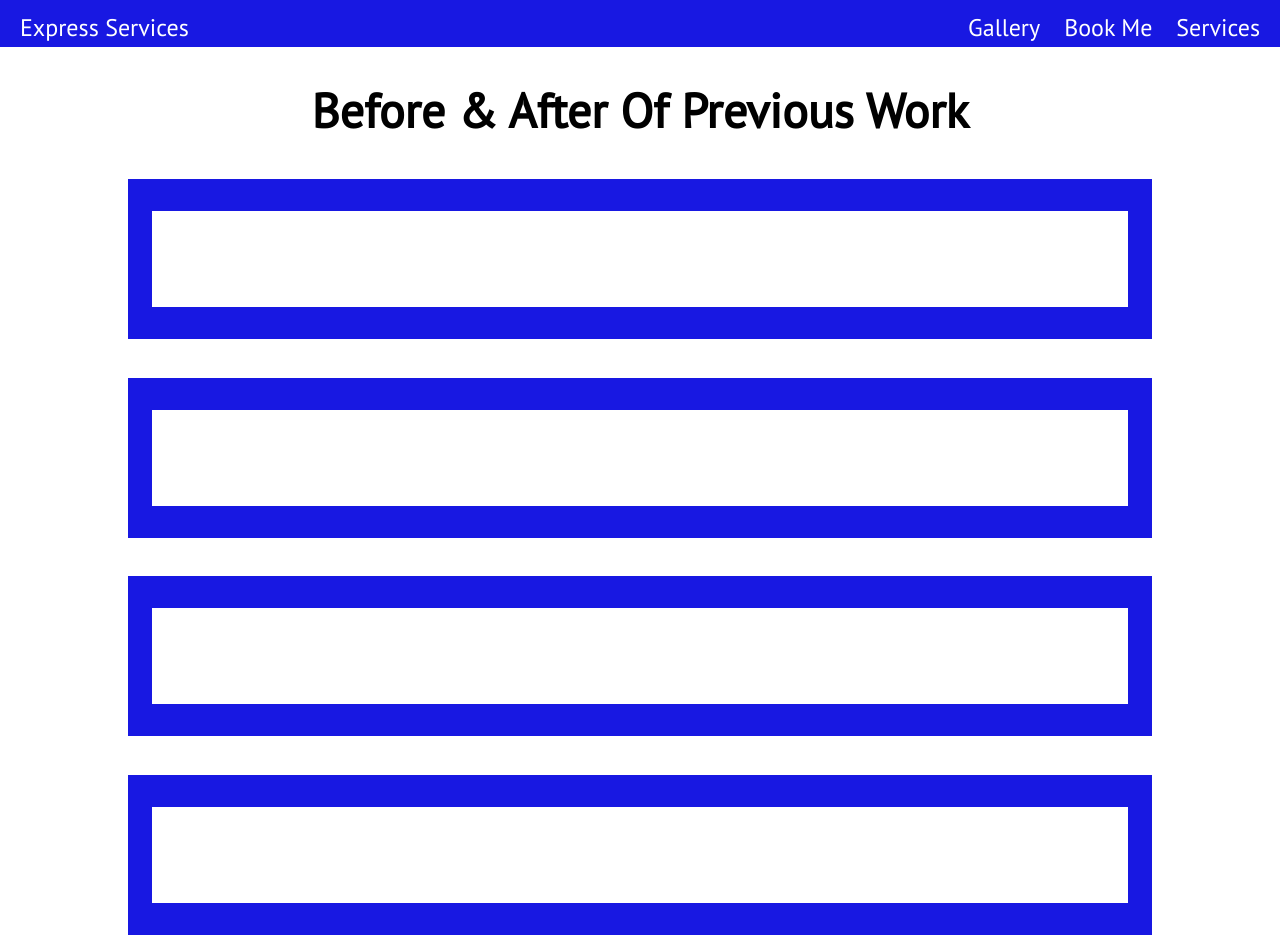
Repository: DrummerDee/mir-miami
Page: /Gallery (app in mr-miami/)
The author's editor kept a copy of each file at every save. The page is drawn from the files as they stood at one save, then again after the next save.
The browser window is 1280 px wide. The pictures show the whole page.
The project was rebuilt for these pictures with package versions that can differ from the ones it lists, and the page was loaded fresh each time. Also part of the build but not shown: mr-miami/src/Styles/Services.css, mr-miami/src/Components/Services.js, mr-miami/src/Components/Homepage.js, mr-miami/src/Styles/Calendar.css, mr-miami/src/Styles/Times.css, mr-miami/src/Components/Times.js, mr-miami/src/Components/Time.js, mr-miami/src/Components/BookMe.js.

Above is the page before, as saved 2022-09-08 21:53:19.

After the next save:
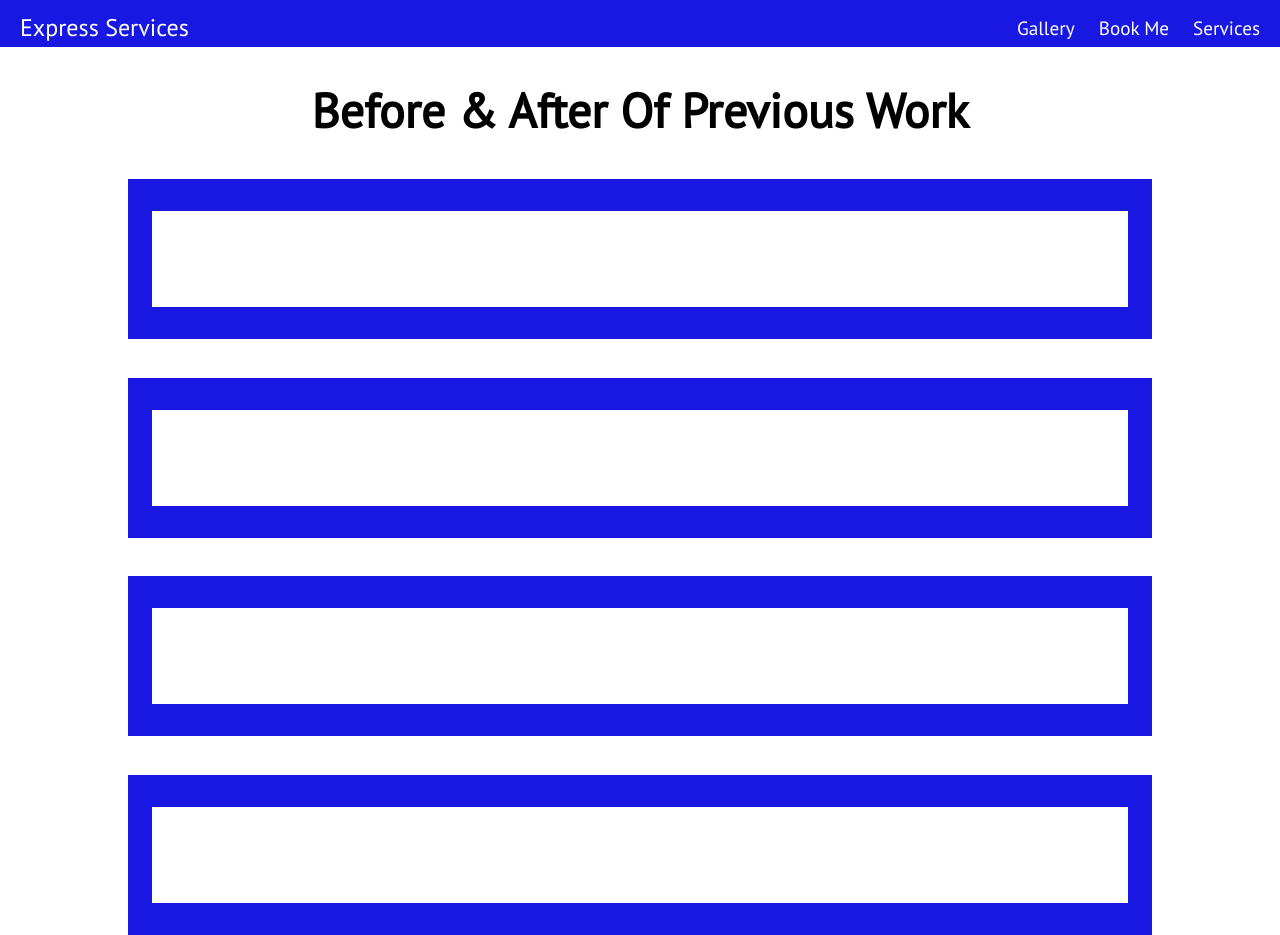
Saved 18 s later.
--- a/mr-miami/src/Styles/Homepage.css
+++ b/mr-miami/src/Styles/Homepage.css
@@ -20,7 +20,7 @@
   gap: 2rem;
   padding: 0 1rem;
   padding-top: 0.5rem;
-  font-size: 1.5rem;
+  font-size: 1.2rem;
 }
 
 .nav ul {
